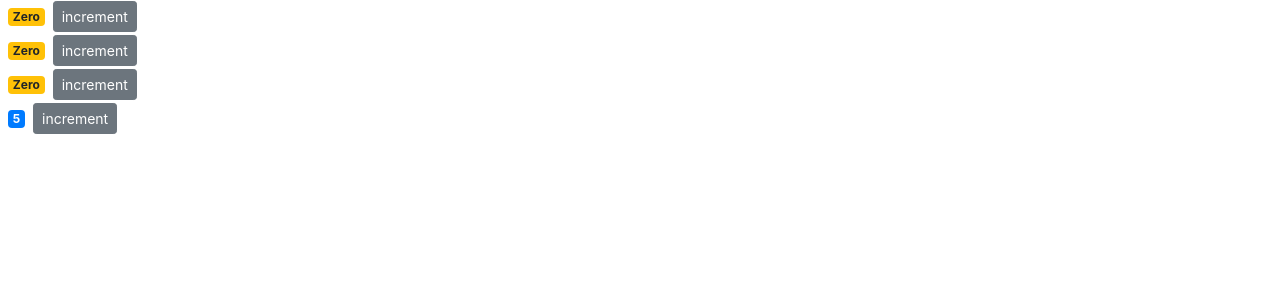
Repository: AvinashLikesToLearnNewStuff/Counter_app
Page: /
An editor plug-in stored every save of this project. The page is shown before and after the next save, followed by the edit.
The browser window is 1280 px wide. The pictures show the whole page.
The project was rebuilt for these pictures with package versions that can differ from the ones it lists, and the page was loaded fresh each time. Also part of the build but not shown: src/components/navbar.jsx, src/App.css, src/App.js.

Above is the page before, as saved 2023-03-24 09:30:01.

After the next save:
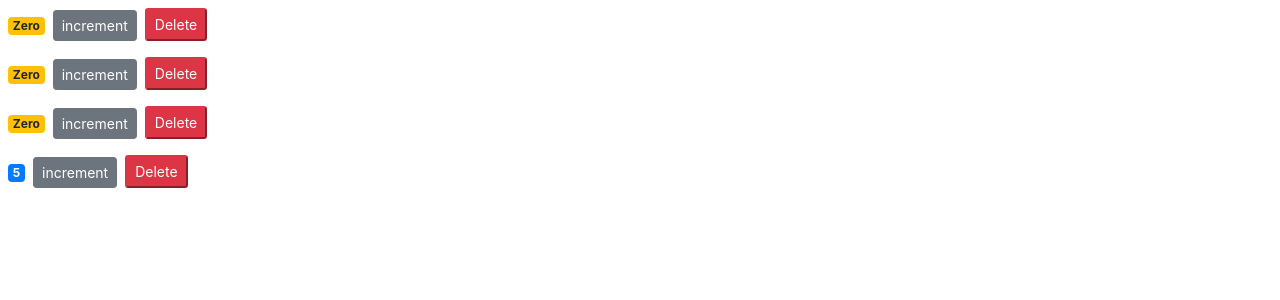
Saved 25 h 21 min later.
--- a/src/components/counter.jsx
+++ b/src/components/counter.jsx
@@ -24,6 +24,7 @@ class Counter extends Component {
         >
           increment
         </button>
+        <button className="btn-danger btn-sm m-2">Delete</button>
       </div>
     );
   }
